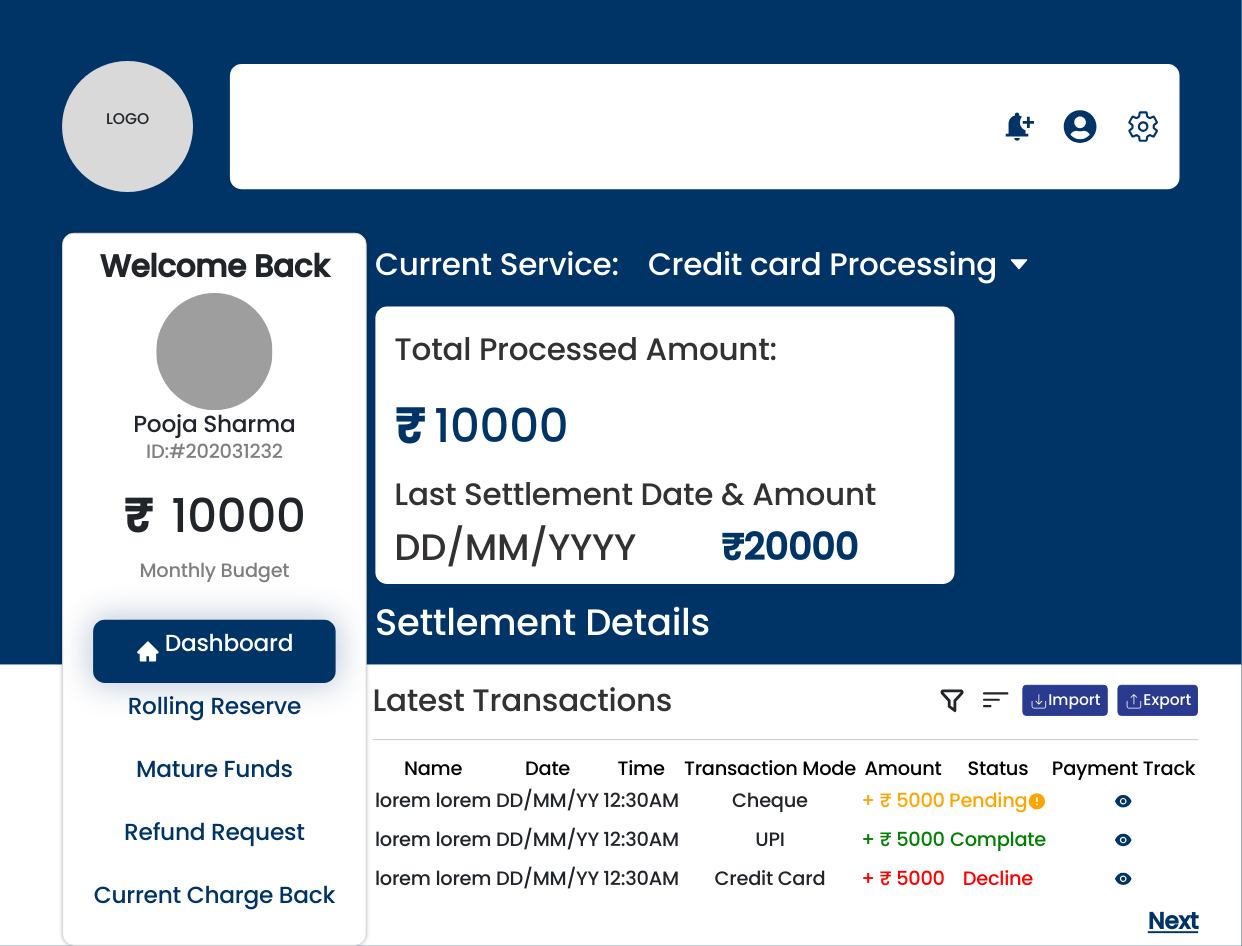
Repository: FlyweisReact/Prashant
Page: /dashboard
The author's editor kept a copy of each file at every save. The page is drawn from the files as they stood at one save, then again after the next save.
The browser window is 1280 px wide. The pictures show the whole page, at 97% of full size.
Pictures or frames that could not be fetched are drawn as grey boxes. Some web libraries are served in a nearby version. The project was rebuilt for these pictures with package versions that can differ from the ones it lists, and the page was loaded fresh each time. Also part of the build but not shown: src/Pages/CryptoPayment.jsx, src/Pages/CurrentCharge.jsx, src/Styles/Login.module.css, src/Components/Login/LoginFirstSection.jsx, src/Components/Login/LoginMainSection.jsx, src/Pages/Login.jsx, src/Pages/MatureFund.jsx, src/Pages/OpenBanking.jsx and 12 more.

Above is the page before, as saved 2023-03-23 17:20:50.

### public/index.html
<!DOCTYPE html>
<html lang="en">
  <head>
    <meta charset="utf-8" />
    <link rel="icon" href="%PUBLIC_URL%/favicon.ico" />
    <meta name="viewport" content="width=device-width, initial-scale=1" />
    <meta name="theme-color" content="#000000" />
    <meta
      name="description"
      content="Web site created using create-react-app"
    />
    <link rel="apple-touch-icon" href="%PUBLIC_URL%/logo192.png" />
    <link rel="manifest" href="%PUBLIC_URL%/manifest.json" />
    <title>React App</title>
  </head>
  <body>
    <noscript>You need to enable JavaScript to run this app.</noscript>
    <div id="root"></div>
  </body>
  <style>
    @import url("https://fonts.googleapis.com/css2?family=Lilita+One&family=PT+Sans&family=Poppins:wght@500&display=swap");
  </style>
  <script src="https://kit.fontawesome.com/b533b351e4.js" crossorigin="anonymous"></script>
</html>

### src/Routes/AllRoutes.jsx
import React from "react";
import { Route, Routes } from "react-router-dom";
import { CryptoPayment } from "../Pages/CryptoPayment";
import { CurrentCharge } from "../Pages/CurrentCharge";
import { Dashboard } from "../Pages/Dashboard";
import { Login } from "../Pages/Login";
import { MatureFund } from "../Pages/MatureFund";
import { OpenBanking } from "../Pages/OpenBanking";
import { OtpPage } from "../Pages/OtpPage";
import { Profile } from "../Pages/Profile";
import { RefundRequest } from "../Pages/RefundRequest";
import { Register } from "../Pages/Register";
import { RegisterTwo } from "../Pages/RegisterTwo";
import { RollingReserve } from "../Pages/RollingReserve";

export const AllRoutes = () => {
  return (
    <Routes>
      <Route path="/" element={<Login />} />
      <Route path="/verify-otp" element={<OtpPage />} />
      <Route path="/dashboard" element={<Dashboard />} />
      <Route path="/register" element={<Register />} />
      <Route path="/detail-register" element={<RegisterTwo />} />
      <Route path="/profile" element={<Profile />} />
      <Route path="/rolling-reserve" element={<RollingReserve />} />
      <Route path="/mature-fund" element={<MatureFund />} />
      <Route path="/refund-request" element={<RefundRequest />} />
      <Route path="/current-charge" element={<CurrentCharge />} />
      <Route path="open-banking-service" element={<OpenBanking />} />
      <Route path="/crypto-payment-proccessing" element={<CryptoPayment />} />
    </Routes>
  );
};

### src/Components/Dashboard/UserInfoPopUp.jsx
/** @format */

import React  from "react";
import styles from "../../Styles/Dashboard.module.css";
import { MdNotificationAdd } from "react-icons/md";
import { FaUserCircle } from "react-icons/fa";
import { IoSettingsOutline } from "react-icons/io5";
import { useNavigate } from "react-router-dom";
import Modal from "react-bootstrap/Modal";
import { BsThreeDotsVertical } from "react-icons/bs";

function NotificationModal(props) {
  const data = [
    {
      img: "https://th.bing.com/th/id/OIP.2i5UaEHaQM3PYAYXQyM1AAAAAA?pid=ImgDet&rs=1",
      title: "Morem ipsum dolor sit amet, consectetur adipiscing elit.",
      desc: "Morem ipsum dolor sit amet, consectetur .",
      day: "yesterday",
      time: "10:30 AM",
    },
    {
      img: "https://th.bing.com/th/id/OIP.2i5UaEHaQM3PYAYXQyM1AAAAAA?pid=ImgDet&rs=1",
      title: "Morem ipsum dolor sit amet, consectetur adipiscing elit.",
      desc: "Morem ipsum dolor sit amet, consectetur .",
      day: "yesterday",
      time: "10:30 AM",
    },
    {
      img: "https://th.bing.com/th/id/OIP.2i5UaEHaQM3PYAYXQyM1AAAAAA?pid=ImgDet&rs=1",
      title: "Morem ipsum dolor sit amet, consectetur adipiscing elit.",
      desc: "Morem ipsum dolor sit amet, consectetur .",
      day: "yesterday",
      time: "10:30 AM",
    },
  ];

  return (
    <Modal
      {...props}
      aria-labelledby="contained-modal-title-vcenter"
      centered
      className="NotifyModal"
    >
      <Modal.Body>
        <div className="NotificationModal">
          <div>
            <div className="close">
              <i class="fa-solid fa-x" onClick={() => props.onHide()}></i>
            </div>
            <div className="NotificationModalFirst">
              <h1>Notification</h1>
              <BsThreeDotsVertical size={25} />
            </div>
            <hr style={{ height: "3px", background: "black" }} />
            <p>Today's</p>
            {data.map((ele) => (
              <>
                <div className="NotificationDiv">
                  <div>
                    <img src={ele.img} alt="img" />
                  </div>
                  <div>
                    <h1>{ele.title}</h1>
                    <p>{ele.desc}</p>
                    <div>
                      <p>{ele.day}</p>
                      <span className="Time">{ele.time}</span>
                    </div>
                  </div>
                </div>
                <hr style={{ height: "2px", background: "grey" }} />
              </>
            ))}
          </div>
        </div>
      </Modal.Body>
    </Modal>
  );
}

export const UserInfoPopUp = () => {
  const [modalShow, setModalShow] = React.useState(false);
  const navigate = useNavigate();

  return (
    <>
      <NotificationModal
        show={modalShow}
        onHide={() => setModalShow(false)}
      />

      <div className={styles.logoSection}>
        <div onClick={() => navigate("/dashboard")} className={styles.Logo}>
          <p>LOGO</p>
        </div>

        <div className={styles.InfoPanel}>
          <div>
            <MdNotificationAdd
              size={35}
              color="#003466"
              style={{ cursor: "pointer" }}
              onClick={() => setModalShow(true)}
            />
            <FaUserCircle
              size={35}
              color="#003466"
              style={{ cursor: "pointer" }}
              onClick={() => navigate("/profile")}
            />
            <IoSettingsOutline
              size={35}
              color="#003466"
              style={{ cursor: "pointer" }}
            />
          </div>
        </div>
      </div>
    </>
  );
};

### src/Components/SideBar.jsx
import React from "react";
import { AiFillHome } from "react-icons/ai";
import { Link, useLocation } from "react-router-dom";
import styles from "../Styles/SideBar.module.css";
export const SideBar = () => {
  const { pathname } = useLocation();
  return (
    <div className={styles.SideBarMain}>
      <h1>Welcome Back</h1>
      <div>
        <div>
          <img
            src="https://th.bing.com/th/id/OIP.2i5UaEHaQM3PYAYXQyM1AAAAAA?pid=ImgDet&rs=1"
            alt="img"
          />
          <h1>Pooja Sharma</h1>
          <p>ID:#202031232</p>
          <div className={styles.TotalBudgetDiv}>
            <h1>&#x20b9;</h1>
            <h1>10000</h1>
          </div>
          <p>Monthly Budget</p>
        </div>
      </div>
      <div className={styles.LinkBox}>
        <Link to={"/dashboard"}>
          <div
            className={
              pathname === "/dashboard" ? styles.active : styles.unactive
            }
          >
            <AiFillHome size={25} />
            <p>Dashboard</p>
          </div>
        </Link>
        <Link to={"/rolling-reserve"}>
          <div
            className={
              pathname === "/rolling-reserve" ? styles.active : styles.unactive
            }
          >
            <p>Rolling Reserve</p>
          </div>
        </Link>
        <Link to={"/mature-fund"}>
          <div
            className={
              pathname === "/mature-fund" ? styles.active : styles.unactive
            }
          >
            <p>Mature Funds</p>
          </div>
        </Link>
        <Link to={"/refund-request"}>
          <div
            className={
              pathname === "/refund-request" ? styles.active : styles.unactive
            }
          >
            <p>Refund Request</p>
          </div>
        </Link>
        <Link to={"/current-charge"}>
          <div
            className={
              pathname === "/current-charge" ? styles.active : styles.unactive
            }
          >
            <p>Current Charge Back</p>
          </div>
        </Link>
      </div>
    </div>
  );
};

### src/Components/TotalAmountSection.jsx
import React from "react";
import styles from "../Styles/TotalAmountSection.module.css";
export const TotalAmountSection = () => {
  return (
    <div className={styles.MainDiv}>
      <h1>Total Processed Amount:</h1>
      <div className={styles.TotalBudgetDiv}>
        <h1>&#x20b9;</h1>
        <h1>10000</h1>
      </div>
      <h1>Last Settlement Date & Amount</h1>
      <div className={styles.DateSection}>
        <div>
          <p>DD/MM/YYYY</p>
          <h2>&#x20b9;{20000}</h2>
        </div>
      </div>
    </div>
  );
};

### src/Components/CardProccessingModal.jsx
import React from "react";
import { MdOutlineClose } from "react-icons/md";
import { Link } from "react-router-dom";
import styles from "../Styles/CardProccessingModal.module.css";
export const CardProccessingModal = ({ OpenModal, HandleModal }) => {
  console.log(OpenModal);
  return (
    <div className={OpenModal ? styles.modalVisible : styles.modal}>
      <div className={styles.ModalMainDiv}>
        <MdOutlineClose
          onClick={() => HandleModal()}
          size={25}
          className={styles.CloseICon}
        />
        <div>
          <Link to={""}>Credit Card Processing</Link>
          <hr />
          <Link to={"/open-banking-service"}>Open Banking Service</Link>
          <hr />
          <Link to={"/crypto-payment-proccessing"}>
            Crypto payment processing
          </Link>
        </div>
      </div>
    </div>
  );
};

### src/Components/DeclineModal.jsx
import React from "react";
import { MdOutlineClose } from "react-icons/md";
import styles from "../Styles/DeclineModal.module.css";
import { IoMdCheckmarkCircle } from "react-icons/io";
import { RiErrorWarningFill } from "react-icons/ri";
import { BsCircleFill } from "react-icons/bs";
export const DeclineModal = ({ OpenModal, HandleModal }) => {
  return (
    <div className={OpenModal ? styles.modalVisible : styles.modal}>
      <div className={styles.ModalMainDiv}>
        <MdOutlineClose
          onClick={() => HandleModal()}
          size={25}
          className={styles.CloseICon}
        />
        <div>
          <h1>Payment Details</h1>
          <hr style={{ height: "4px", background: "white" }} />
          <div className={styles.paymentDetailMainDiv}>
            <div className={styles.PaymentDetails}>
              <div>
                <p>Transaction ID:</p>
                <p>545454545</p>
              </div>
              <div>
                <p>To:</p>
                <p>Loren loren Epsom ( Company Name)</p>
              </div>
              <div>
                <p>From:</p>
                <p>Loren loren Epsom (Merchant Company)</p>
              </div>
              <div>
                <p>Transaction Mode:</p>
                <p>Card</p>
              </div>
            </div>
            <div className={styles.paymentTimeline}>
              <p>Payment Timeline</p>
              <div>
                <div className={styles.VerticalLine}></div>
                <div className={styles.PaymentStatus}>
                  <IoMdCheckmarkCircle
                    size={25}
                    className={styles.Icons}
                    color="green"
                  />
                  <p>Payment Started</p>
                </div>
                <div className={styles.PaymentStatus}>
                  <RiErrorWarningFill
                    size={25}
                    className={styles.Icons}
                    color="red"
                  />
                  <p>Payment Failed To complete</p>
                </div>
                <div className={styles.PaymentStatus}>
                  <BsCircleFill
                    size={25}
                    className={styles.Icons}
                    color="white"
                  />
                  <p>Payment Successful</p>
                </div>
              </div>
              <hr />
              <div className={styles.ReasonsDiv}>
                <p>Reason:</p>
                <p> Account Coded (Credit Rating) </p>
              </div>
              <div className={styles.ReasonsDiv}>
                <p>Code:</p>
                <p> 505 </p>
              </div>
              <div className={styles.ReasonsDiv}>
                <p>Description:</p>
                <p>
                  {" "}
                  The account the customer used for the attempted transaction
                  has a negative credit rating.{" "}
                </p>
              </div>
            </div>
          </div>
        </div>
      </div>
    </div>
  );
};

### src/Styles/SideBar.module.css
.SideBarMain{
    position: absolute;
    width: 314px;
/* height: 789px; */
left: 25%px;
top: 35%;
background: #FFFFFF;
border: 1px solid #D9D9D9;
box-shadow: 0px 0px 4px rgba(0, 0, 0, 0.25);
border-radius: 12px;
padding: 10px;
}
.SideBarMain>h1{
    text-align: center;
    font-family: 'Poppins';
font-style: normal;
font-weight: 700;
font-size: 32px;
margin-top: 5px;
letter-spacing: -0.28px;
}
.SideBarMain>div{
    width: 100%;
    display: flex;
    align-items: center;
    justify-content: center;
}
.SideBarMain>div>div{
    text-align: center;
}
.SideBarMain>div>div>img{
    width: 120px;
height: 121px;
    border-radius: 50%;
}
.SideBarMain>div>div>h1{
    font-family: 'Poppins';
font-style: normal;
font-weight: 500;
font-size: 24px;
letter-spacing: -0.28px;
}
.SideBarMain>div>div>p{
    font-family: 'Poppins';
font-style: normal;
margin-top: -10px;
font-weight: 300;
font-size: 20px;
line-height: 30px;
letter-spacing: -0.28px;
color: rgba(0, 0, 0, 0.5);
}
.TotalBudgetDiv{
    display: flex;
    align-items: center;
    gap: 20px;
    margin: 15px;
}
.TotalBudgetDiv>h1:first-child{
    font-family: 'Poppins';
font-style: normal;
font-weight: 700;
font-size: 48px;
line-height: 72px;
letter-spacing: -0.28px;
}
.TotalBudgetDiv>h1{
    font-family: 'Poppins';
    font-style: normal;
    font-weight: 500;
    font-size: 48px;
    line-height: 72px;
    margin: 0;
    letter-spacing: -0.28px;
}
.LinkBox{
    display: flex;
    flex-direction: column;
    margin-top: 20px;
}
.LinkBox>a{
    text-decoration: none;
}
.active{
    width: 250px;
    height: 65px;
    padding-left: 10px;
    padding-right: 10px;
    background: #003466;
    box-shadow: 0px 0px 32px 4px rgba(0, 52, 102, 0.25);
    border-radius: 12px;
    display: flex;
    color: white;
    justify-content: center;
    align-items: center;
    gap: 5px;

}
.unactive{
    width: 250px;
    height: 65px;
    display: flex;

    color:#003466;
    justify-content: center;
    align-items: center;
    gap: 5px;
}
.unactive,.active >p{
    font-family: 'Poppins';
font-style: normal;
font-weight: 500;
font-size: 24px;
line-height: 36px;
letter-spacing: -0.28px;
}

### src/Styles/TotalAmountSection.module.css
.MainDiv{
    display:flex;
    flex-direction: column;
    margin-top: 20px;
    width: 72%;
height: 286px;
background: #FFFFFF;
box-shadow: 0px 0px 10px rgba(0, 52, 102, 0.3);
border-radius: 12px;
}
.MainDiv>h1{
    font-family: 'Poppins';
    font-style: normal;
    font-weight: 500;
    font-size: 32px;
    line-height: 48px;
    letter-spacing: -0.28px;
    color: #333131;
    margin: 20px;
}
.TotalBudgetDiv{
    display: flex;
    align-items: center;
    gap: 30px;
    margin-left: 20px;
  margin-top: -30px;
  margin-bottom: -40px;
}
.TotalBudgetDiv>h1:first-child{
    font-family: 'Poppins';
font-style: normal;
font-weight: 700;
margin: 0;
font-size: 50px;
line-height: 72px;
letter-spacing: -0.28px;
color: #003466;
}
.TotalBudgetDiv>h1{
    font-family: 'Poppins';
    font-style: normal;
    font-weight: 500;
    font-size: 48px;
    line-height: 72px;
    margin: 0;
    letter-spacing: -0.28px;
    color: #003466;
}
.DateSection>div{
    width: 80%;
    margin-top: -50px;
    /* background-color: rebeccapurple; */
    display: flex;
    justify-content: space-between;
    align-items: center;
    margin-left: 20px;
}
.DateSection>div>p{
   font-family: 'Poppins';
font-style: normal;
font-weight: 500;
font-size: 38px;
line-height: 60px;
/* identical to box height */
margin: 0;
letter-spacing: -0.28px;
color: #333131;
}
.DateSection>div>h2{
    margin: 0;
    font-family: 'Poppins';
font-style: normal;
font-weight: 600;
font-size: 38px;
line-height: 60px;
letter-spacing: -0.28px;
color: #003466;
}

### src/Styles/CardProccessingModal.module.css
.modal{
    display: none;
  position: fixed;
  z-index: 1;
  left: 0%;
  top: 0;
  width: 100%;
  height: 100%;
  overflow: auto;
  background-color: rgb(0,0,0);
  background-color: rgba(0,0,0,0.4);
}
.modalVisible{
    display :block;
    position: fixed;
    z-index: 1;
    left: 0%;
    top: 0;
    width: 100%;
    height: 100%;
    /* margin-bottom: 20px; */
    overflow: auto;
    background-color: rgb(0,0,0);
    background-color: rgba(0,0,0,0.4);
}
.CloseICon{
    position: absolute;
    right: 3%;
    top: 5%;
    cursor: pointer;
}
.MainTitle{
    display: flex;
    border: 1px solid blue;
}
.ModalMainDiv{
    position:absolute;
    margin: auto;
    /* width: 435px; */
height: 221px;
background: #FFFFFF;
border-radius: 4px;

    top: 38%;
    left: 60%;

}
.ModalMainDiv>div{
    margin: 30px;
}
.ModalMainDiv>div>a{
    text-decoration: none;
    height: 50px;
    font-family: 'Poppins';
font-style: normal;
font-weight: 500;
font-size: 32px;
line-height: 40px;
letter-spacing: -0.28px;

color: #333333;
}

### src/Styles/DeclineModal.module.css
.modal{
    display: none;
  position: fixed;
  z-index: 1;
  left: 0%;
  top: 0;
  width: 100%;
  height: 100%;
  overflow: auto;
  background-color: rgb(0,0,0);
  background-color: rgba(0,0,0,0.4);
}
.modalVisible{
    display :block;
    position: fixed;
    z-index: 1;
    left: 0%;
    top: 0;
    width: 100%;
    height: 100%;
    /* margin-bottom: 20px; */
    overflow: auto;
    background-color: rgb(0,0,0);
    background-color: rgba(0,0,0,0.4);
}
.CloseICon{
    position: absolute;
    right: 3%;
    top: 3%;
    cursor: pointer;
    color: white;
}
.MainTitle{
    display: flex;
    border: 1px solid blue;
}
.ModalMainDiv{
    position:absolute;
    margin: auto;
width: 980px;

left: 20%;
top: 8%;

background: #003466;


}
.ModalMainDiv>div{
    margin: 30px;
}
.ModalMainDiv>div>h1{
    font-family: 'Poppins';
    font-style: normal;
    font-weight: 600;
    font-size: 24px;
    line-height: 29px;
    letter-spacing: -0.28px;
    color: #FFFFFF;
}
.paymentDetailMainDiv{
    display: flex;
    gap: 20px;
    margin-top: 20px;
}
.paymentDetailMainDiv>div:first-child{
    width: 50%;
/* height: 426px; */
background: #FFFFFF;
border: 1px solid #D9D9D9;
box-shadow: 0px 0px 4px rgba(0, 0, 0, 0.25);
border-radius: 20px;
}
.paymentDetailMainDiv>div{
    width: 50%;
}

.PaymentDetails>div{
    margin:20px;
    margin-top: 0;
    margin-bottom: 30px;
}

.PaymentDetails>div>p{
    font-family: 'Poppins';
font-style: normal;
margin: 10;
font-weight: 500;
font-size: 20px;
line-height: 24px;
letter-spacing: -0.28px;
color: #003466;
}
.PaymentDetails>div>p:first-child{
    font-weight: 600;
}
.paymentTimeline>p{
    font-family: 'Poppins';
    font-style: normal;
    font-weight: 500;
    font-size: 20px;
    line-height: 24px;
    letter-spacing: -0.28px;
    margin: 0;
    color: #FFFFFF;
}
.paymentTimeline>div{
    position: relative;
}
.PaymentStatus{
    display: flex;
    align-items: center;
    gap: 20px;
}
.PaymentStatus>p{
    font-family: 'Poppins';
font-style: normal;
font-weight: 400;
font-size: 20px;
line-height: 24px;
letter-spacing: -0.28px;
margin-left: 40px;
color: #FFFFFF;
}
.VerticalLine{
    position: absolute;
    border-left:2px dotted white;
    left:3%;
    top: 18%;
    height:130px;
}
.Icons{
    position: absolute;
    left: 0;
}
.ReasonsDiv{
    display: flex;
    gap: 30px;
    margin: 10px;
}

.ReasonsDiv>p:first-child{
    width: 30%;
    font-family: 'Poppins';
    font-style: normal;
    font-weight: 500;
    font-size: 20px;
    line-height: 24px;
    letter-spacing: -0.28px;

    color: #FFFFFF;
    margin: 0;
}
.ReasonsDiv>p:last-child{
    width: 70%;
    font-family: 'Poppins';
    font-style: normal;
    font-weight: 400;
    font-size: 20px;
    line-height: 24px;
    letter-spacing: -0.28px;
    margin: 0;
    color: #FFFFFF;
}
.Note{
    margin-top: 20px;
    width: 128px;
    display: flex;
    justify-content: center;
    align-items: center;
height: 38px;
background: #FFFFFF;
border-radius: 19px;
font-family: 'Poppins';
font-style: normal;
font-weight: 600;
font-size: 24px;
line-height: 29px;
/* identical to box height */

letter-spacing: -0.28px;

color: #003466;

}
.NotesPara{
    width: 100%;
    font-family: 'Poppins';
font-style: normal;
font-weight: 500;
font-size: 19px;
line-height: 24px;
letter-spacing: -0.28px;
color: #FFFFFF;
}

Loaded but not shown: src/index.css (common file); src/reportWebVitals.js (common file); src/index.js (18 lines, source omitted); src/App.js (13 lines, source omitted); src/Pages/Dashboard.jsx (184 lines, source omitted); src/App.css (202 lines, source omitted); src/Styles/Dashboard.module.css (204 lines, source omitted); src/Components/PaymentPendingModal.jsx (96 lines, source omitted); src/Styles/PaymentPendingModal.module.css (195 lines, source omitted)

After the next save:
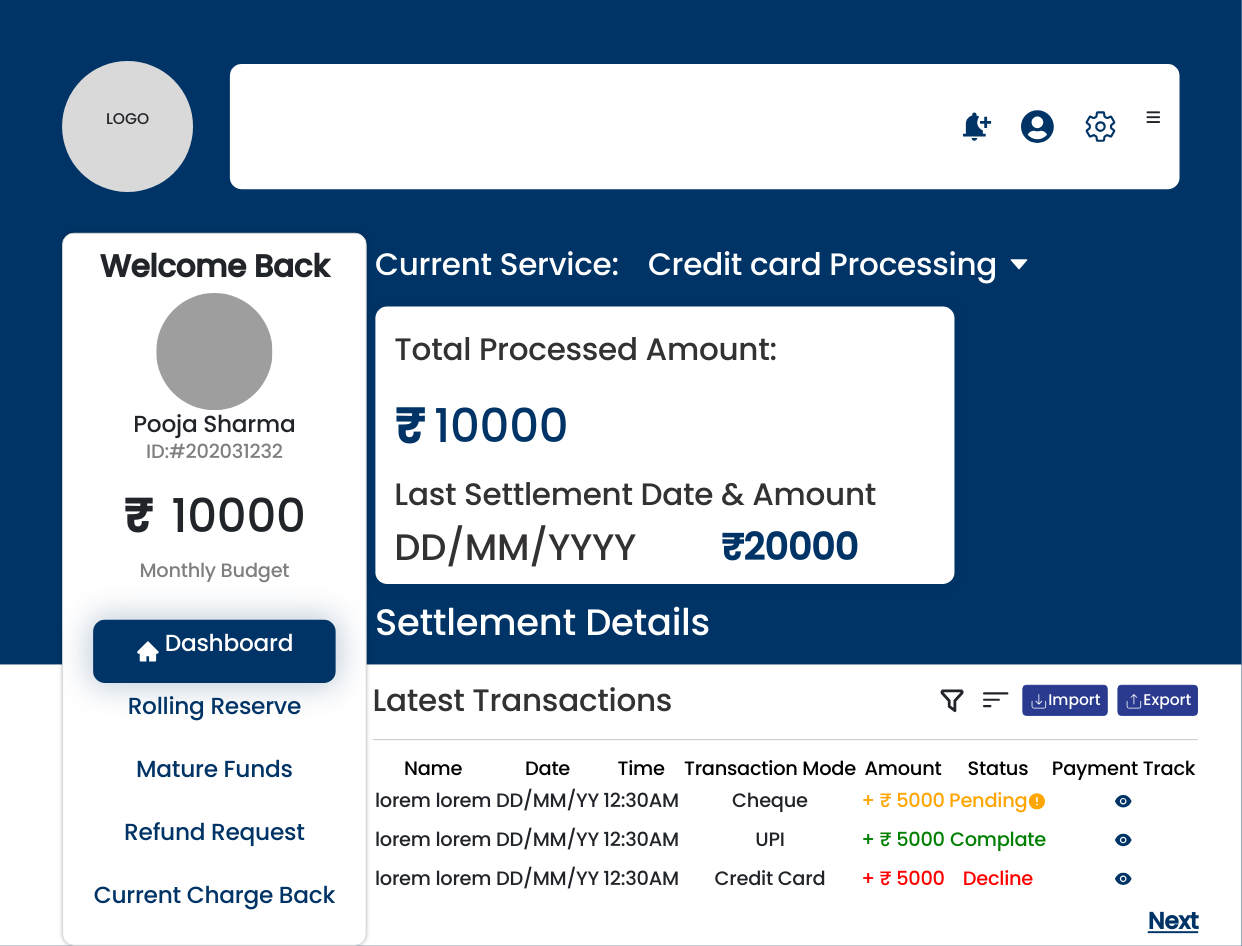
Saved 22 s later.
--- a/src/Components/Dashboard/UserInfoPopUp.jsx
+++ b/src/Components/Dashboard/UserInfoPopUp.jsx
@@ -113,6 +113,7 @@ export const UserInfoPopUp = () => {
               color="#003466"
               style={{ cursor: "pointer" }}
             />
+            <i class="fa-solid fa-bars"></i>
           </div>
         </div>
       </div>
